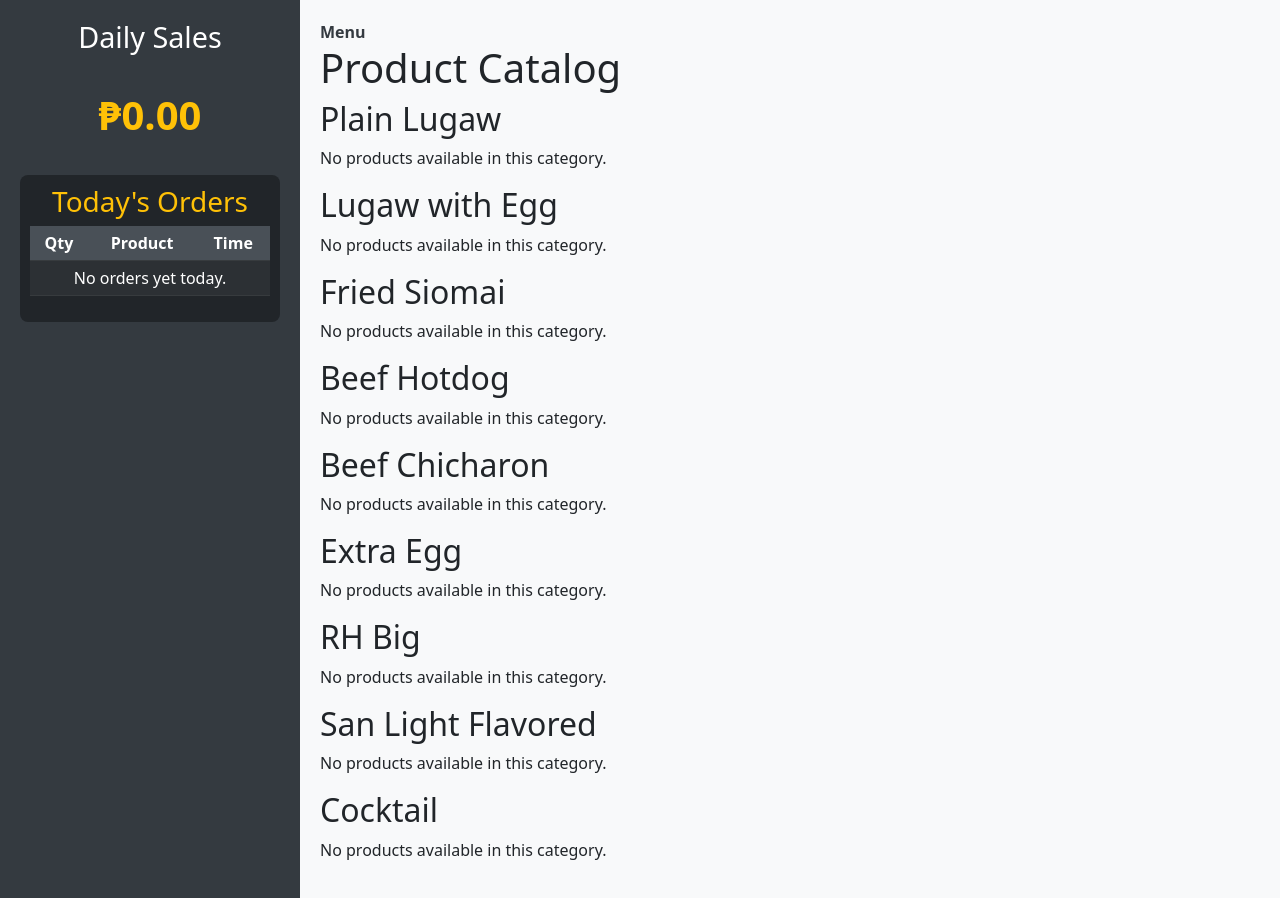
Repository: Jijiluzana225/lugawan_pitlane
Page: http://localhost/menu/
The author's editor kept a copy of each file at every save. The page is drawn from the files as they stood at one save, then again after the next save.
The browser window is 1280 px wide. The pictures show the whole page.
The page is served by the project's application, run on Django 5.2 (manage.py). The page reads the database file committed with the project.

Above is the page before, as saved 2025-03-06 09:33:41.

After the next save:
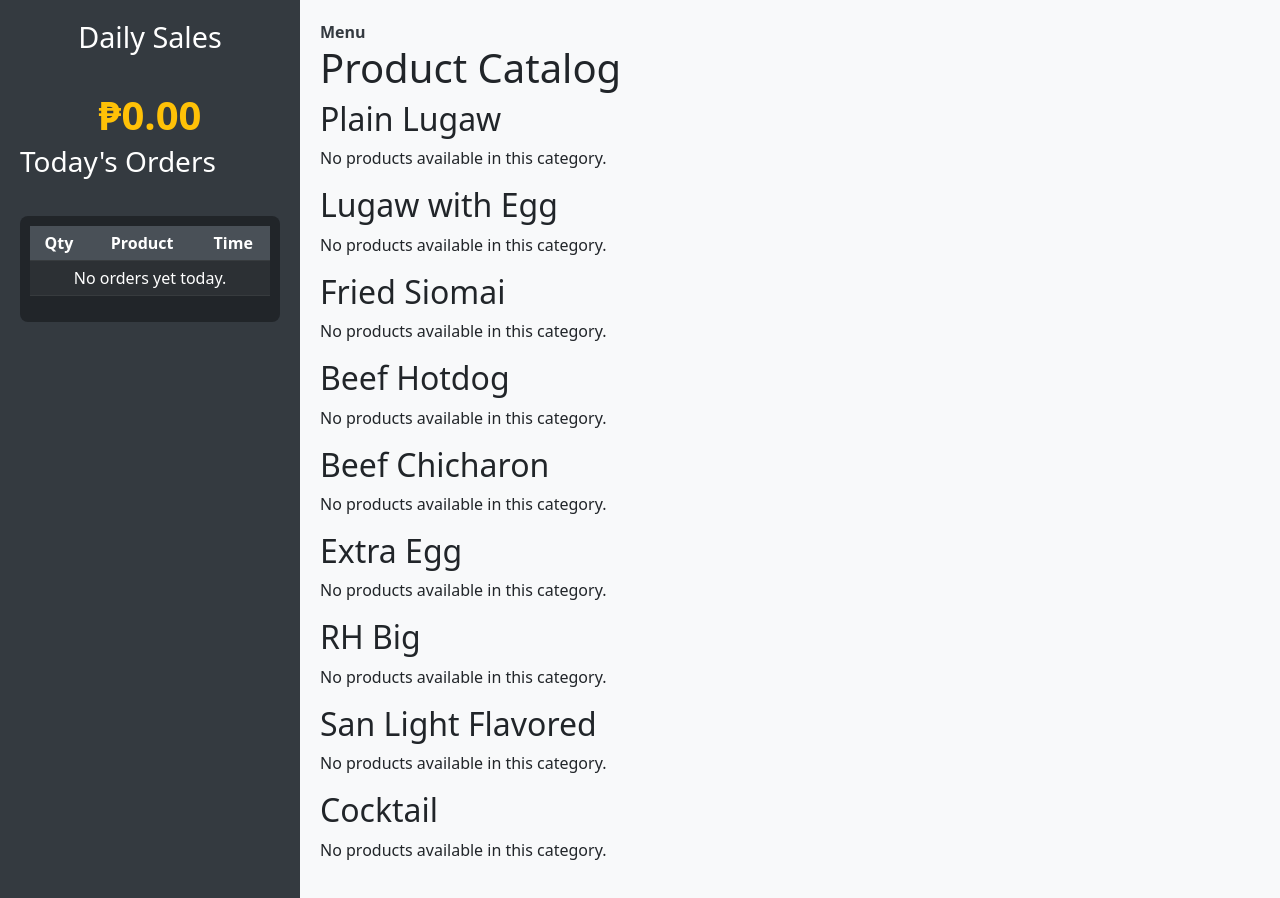
Saved 104 s later.
--- a/pos/templates/pos/base.html
+++ b/pos/templates/pos/base.html
@@ -135,9 +135,9 @@
         <div class="total-orders">
             ₱{{ total_sales|default:"0.00" }}
         </div>
+        <h3>Today's Orders</h3>
+        <div class="orders-table">
 
-        <div class="orders-table">
-            <h3>Today's Orders</h3>
             <table class="table table-dark table-striped">
                 <thead>
                     <tr>

After the save that followed:
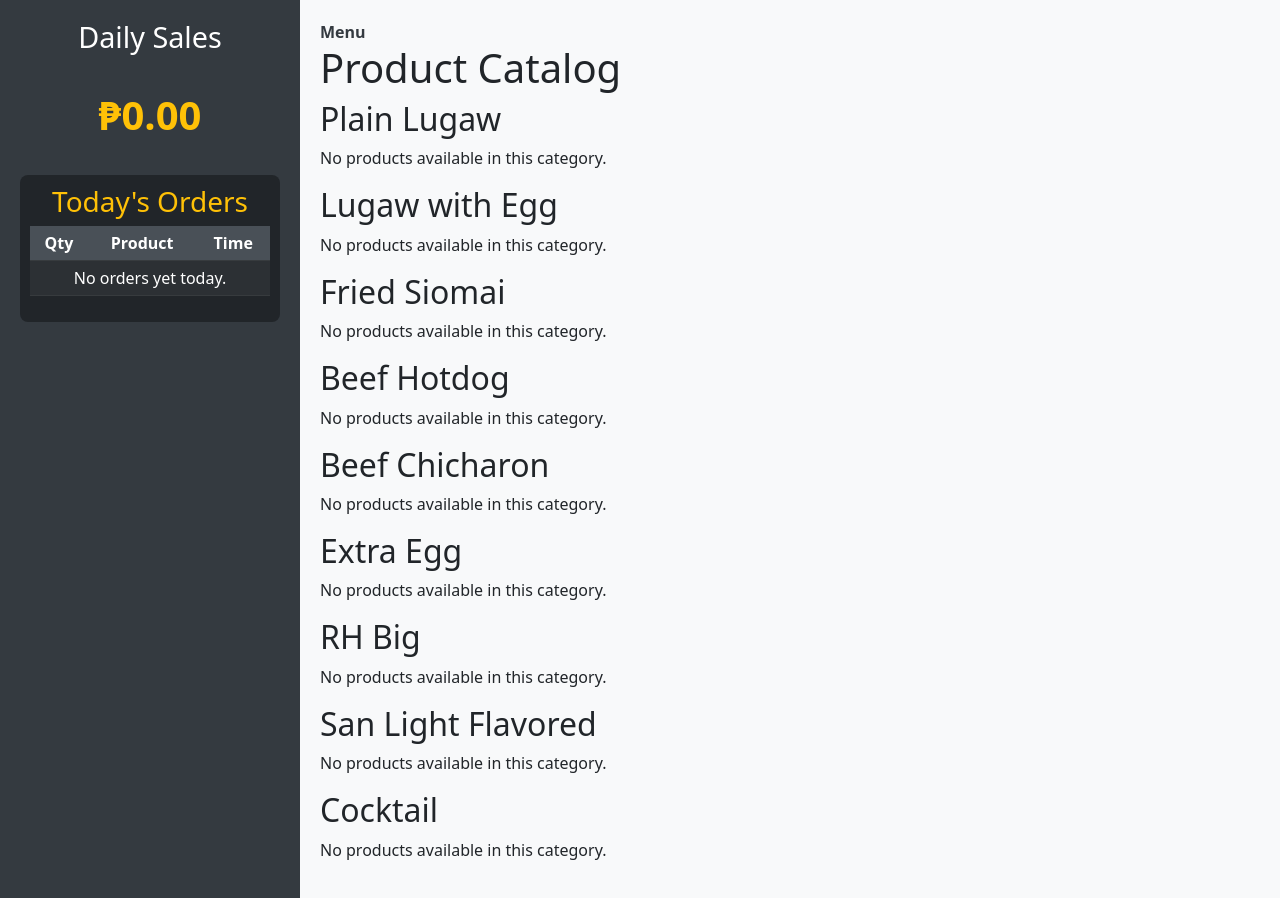
Saved 116 s later.
--- a/pos/templates/pos/base.html
+++ b/pos/templates/pos/base.html
@@ -135,32 +135,35 @@
         <div class="total-orders">
             ₱{{ total_sales|default:"0.00" }}
         </div>
-        <h3>Today's Orders</h3>
+
         <div class="orders-table">
+            <h3 class="sticky-header">Today's Orders</h3>
+            <div class="scrollable-table">
+                <table class="table table-dark table-striped">
+                    <thead class="sticky-thead">
+                        <tr>
+                            <th>Qty</th>
+                            <th>Product</th>
+                            <th>Time</th>
+                        </tr>
+                    </thead>
+                    <tbody>
+                        {% for order in todays_orders %}
+                            <tr>
+                                <td>{{ order.quantity }}</td>
+                                <td>{{ order.product.name }}</td>
+                                <td>{{ order.datetimestamp|time:"h:i A" }}</td>
+                            </tr>
+                        {% empty %}
+                            <tr>
+                                <td colspan="3">No orders yet today.</td>
+                            </tr>
+                        {% endfor %}
+                    </tbody>
+                </table>
+            </div>
+        </div>
 
-            <table class="table table-dark table-striped">
-                <thead>
-                    <tr>
-                        <th>Qty</th>
-                        <th>Product</th>
-                        <th>Time</th>
-                    </tr>
-                </thead>
-                <tbody>
-                    {% for order in todays_orders %}
-                        <tr>
-                            <td>{{ order.quantity }}</td>
-                            <td>{{ order.product.name }}</td>
-                            <td>{{ order.datetimestamp|time:"h:i A" }}</td>
-                        </tr>
-                    {% empty %}
-                        <tr>
-                            <td colspan="3">No orders yet today.</td>
-                        </tr>
-                    {% endfor %}
-                </tbody>
-            </table>
-        </div>
     </div>
 
     <div class="main-content">
